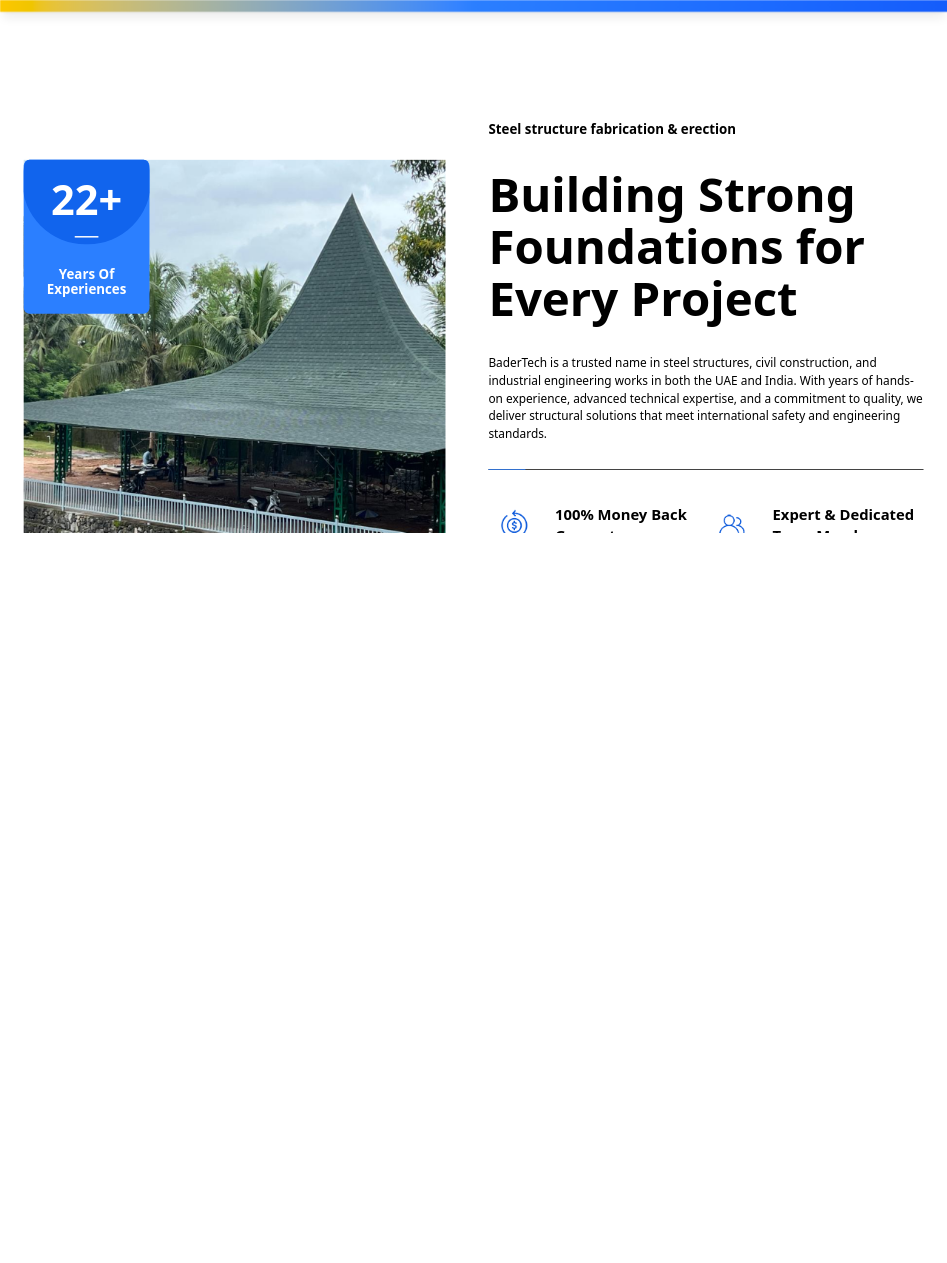
Repository: codenikin/uniquebader
Page: /awards
The author's editor kept a copy of each file at every save. The page is drawn from the files as they stood at one save, then again after the next save.
The browser window is 1280 px wide. The pictures show the whole page, at 74% of full size.
The project was rebuilt for these pictures with package versions that can differ from the ones it lists, and the page was loaded fresh each time. The framework's server and built-in components were replaced by stand-ins that run in the browser. Also part of the build but not shown: next.config.mjs.

Above is the page before, as saved 2025-11-30 12:52:07.

### src/app/(frontend)/layout.tsx
import React from 'react'
// @ts-ignore: allow side-effect CSS import without type declarations
import './styles.css'
import { Providers } from '@/providers'
import { HeaderClient } from '../Header/component'

export const metadata = {
  description: 'A blank template using Payload in a Next.js app.',
  title: 'Payload Blank Template',
}

export default async function RootLayout(props: { children: React.ReactNode }) {
  const { children } = props

  return (
    <html lang="en">
      <body>
        <HeaderClient />
        <div id="smooth-wrapper">
          <div id="smooth-content">
            <Providers>{children}</Providers>
          </div>
        </div>
      </body>
    </html>
  )
}

### src/app/(frontend)/awards/page.tsx
import { Certificate } from '@/components/Certificate'
import Certificates from '@/components/CertificateZoom'
import FeatureSection from '@/components/FeatureSection'
export const dynamic = 'force-dynamic'
export default async function AwardPage() {
  return (
    <>
      <FeatureSection />
      <Certificate />
    </>
  )
}

### src/app/(frontend)/styles.css
@import 'tailwindcss';

.codenik {
  padding: 20px;
  position: relative;
  min-height: 100vh;
}
.unique {
  padding: 20px;
  position: relative;
  min-height: 100vh;
}
html,
body,
#app {
  height: 100%;
}

img {
  max-width: 100%;
  height: auto;
  display: block;
}

h1 {
  margin: 40px 0;
  font-size: 64px;
  line-height: 70px;
  font-weight: bold;

  @media (max-width: 1024px) {
    margin: 24px 0;
    font-size: 42px;
    line-height: 42px;
  }

  @media (max-width: 768px) {
    font-size: 38px;
    line-height: 38px;
  }

  @media (max-width: 400px) {
    font-size: 32px;
    line-height: 32px;
  }
}

p {
  margin: 24px 0;

  @media (max-width: 1024px) {
    margin: calc(var(--base) * 0.75) 0;
  }
}

a {
  color: currentColor;

  &:focus {
    opacity: 0.8;
    outline: none;
  }

  &:active {
    opacity: 0.7;
    outline: none;
  }
}

svg {
  vertical-align: middle;
}

.home {
  display: flex;
  flex-direction: column;
  justify-content: space-between;
  align-items: center;
  height: 100vh;
  padding: 45px;
  max-width: 1024px;
  margin: 0 auto;
  overflow: hidden;

  @media (max-width: 400px) {
    padding: 24px;
  }

  .content {
    display: flex;
    flex-direction: column;
    align-items: center;
    justify-content: center;
    flex-grow: 1;

    h1 {
      text-align: center;
    }
  }

  .links {
    display: flex;
    align-items: center;
    gap: 12px;

    a {
      text-decoration: none;
      padding: 0.25rem 0.5rem;
      border-radius: 4px;
    }

    .admin {
      color: rgb(0, 0, 0);
      background: rgb(1000, 1000, 1000);
      border: 1px solid rgb(0, 0, 0);
    }

    .docs {
      color: rgb(1000, 1000, 1000);
      background: rgb(0, 0, 0);
      border: 1px solid rgb(1000, 1000, 1000);
    }
  }

  .footer {
    display: flex;
    align-items: center;
    gap: 8px;

    @media (max-width: 1024px) {
      flex-direction: column;
      gap: 6px;
    }

    p {
      margin: 0;
    }

    .codeLink {
      text-decoration: none;
      padding: 0 0.5rem;
      background: rgb(60, 60, 60);
      border-radius: 4px;
    }
  }
}

### src/providers/index.tsx
import React from 'react'
import { ThemeLayoutAnimation } from './ThemeLayoutAnimation'

export const Providers: React.FC<{
  children: React.ReactNode
}> = ({ children }) => {
  return <ThemeLayoutAnimation>{children}</ThemeLayoutAnimation>
}

### src/app/Header/component.tsx
'use client'

export const HeaderClient: React.FC = () => {
  return (
    <header className="fixed top-0 left-0 right-0 w-full z-50 bg-white dark:bg-gray-900 shadow-lg transition-transform duration-300">
      <div className="w-full bg-linear-to-r from-yellow-400 via-blue-500 to-blue-600 text-white py-2">
        <div className="max-w-7xl mx-auto px-4 sm:px-6 lg:px-8 flex justify-end items-center space-x-4"></div>
      </div>
    </header>
  )
}

### src/components/Certificate.tsx
'use client'
import { useState } from 'react'

const certificate = [
  {
    title: 'Transportation',
    description:
      'Our transportation solutions help cities and companies improve safety, reduce congestion, and provide better services to their customers.',
    image: '/certificate/4-1.jpg',
    link: '/transportation',
  },
  {
    title: 'Critical Infrastructure',
    description:
      'Our solutions help protect critical infrastructure from cyber attacks and other threats, ensuring that essential services are always available.',
    image: '/certificate/5-1.jpg',
    link: '/Critical-Infrastructure/critical-infrastructure',
  },
  {
    title: 'Traffic',
    description:
      'Our traffic management solutions help reduce congestion, improve safety, and make transportation more efficient for everyone.',
    image: '/certificate/6.jpg',
    link: '/Traffic/traffic',
  },
]

export const Certificate: React.FC = (props) => {
  const [zoomedImage, setZoomedImage] = useState<string | null>(null)

  return (
    <section className="py-2 px-4 bg-white mt-32">
      <div className="max-w-7xl mx-auto">
        <h2 className="text-5xl font-anton text-center text-gray-900 mb-16 animate-fade-in relative">
          Our Certificates
          <span className="block w-24 h-1 bg-linear-to-r from-purple-500 to-pink-500 mx-auto mt-4"></span>
        </h2>

        <div className="grid grid-cols-1 md:grid-cols-2 lg:grid-cols-3 gap-10 mt-32 mb-32">
          {certificate.map((solution, index) => (
            <div
              key={index}
              className="group relative overflow-hidden rounded-xl shadow-2xl transform transition-all duration-500 hover:scale-105 hover:shadow-purple-500/25 cursor-pointer"
              onClick={() => setZoomedImage(solution.image)}
            >
              <div className="relative h-[600px] sm:h-[450px] w-full  rounded-b-2xl">
                <img
                  src={solution.image}
                  alt={solution.title}
                  className="w-full h-full object-contain transition-transform duration-700 group-hover:scale-102"
                />
                <div className="absolute inset-0 bg-blue-500 transparent opacity-5 group-hover:opacity-50 transition-opacity duration-500"></div>
              </div>
            </div>
          ))}
        </div>
      </div>

      {/* Zoom Modal */}
      {zoomedImage && (
        <div
          className="fixed inset-0 bg-black bg-opacity-75 flex items-center justify-center z-50 p-4"
          onClick={() => setZoomedImage(null)}
        >
          <div className="relative max-w-4xl max-h-[90vh] flex items-center justify-center">
            <img
              src={zoomedImage}
              alt="Zoomed certificate"
              className="max-w-full max-h-screen object-contain"
              onClick={(e) => e.stopPropagation()}
            />
            <button
              onClick={() => setZoomedImage(null)}
              className="absolute top-4 right-4 bg-white text-black rounded-full w-10 h-10 flex items-center justify-center text-2xl hover:bg-gray-200 transition"
            >
              ✕
            </button>
          </div>
        </div>
      )}
    </section>
  )
}

### src/components/FeatureSection.tsx
'use client'
import Link from 'next/link'
import aboutIcon from '/images/about-icon1.png'
import aboutIcon2 from '/images/about-icon2.png'
import aboutIcon3 from '/images/about-icon3.png'
import aboutIcon4 from '/images/about-icon4.png'
import aboutShape from '/images/about-shape.png'
import aboutShape2 from '/images/about-shape2.png'

import CountUp from 'react-countup'
import { GoArrowRight } from 'react-icons/go'

const FeatureSection = () => {
  return (
    <section className="mt-32 bg-BodyBg-0 bg-no-repeat bg-center bg-cover relative p-8">
      <div className="Container max-w-7xl mx-auto">
        <div className="grid grid-cols-1 lg:grid-cols-2 gap-10 md:gap-[92px] lg:gap-10 2xl:gap-[92px] items-center">
          <div className="relative z-10">
            <img src="/bader.png" draggable="false" />
            <div className="absolute top-0 left-0">
              <div className="bg-blue-500 pb-6 pt-5 flex flex-col justify-between overflow-hidden rounded-lg h-[117px] sm:h-[208px] lg:h-[180px] xl:h-[208px] w-[92px] sm:w-[170px] lg:w-[140px] xl:w-[170px] items-center text-center relative z-10 before:absolute before:top-1/2 before:-translate-y-1/2 before:left-1/2 before:-translate-x-1/2 before:w-0 sm:before:w-8 before:h-[2px] before:bg-white after:absolute after:-top-14 after:-left-[2px] after:w-0 sm:after:w-[174px] after:h-[170px] after:bg-[#1164ED] after:-z-10 after:rounded-full">
                <CountUp
                  start={-9}
                  end={22}
                  suffix="+"
                  className="text-3xl sm:text-[56px] font-Rajdhani font-bold text-white"
                />
                <h6 className="font-Rajdhani text-sm leading-4 sm:text-lg sm:leading-5 font-semibold text-white">
                  Years Of <br /> Experiences
                </h6>
              </div>
            </div>
            <img
              src="/about-shape.png"
              draggable="false"
              className="absolute bottom-6 right-10 -z-10 animate-movebtn hidden sm:block"
            />
          </div>
          <div className="relative">
            <h5 className="font-Rajdhani text-lg font-semibold text-PrimaryColor-0">
              Steel structure fabrication & erection
            </h5>
            <h1 className="font-Rajdhani font-bold text-xl leading-7 sm:text-[34px] sm:leading-[44px] md:text-[44px] md:leading-[54px] lg:text-[30px] lg:leading-[40px] xl:text-[36px] xl:leading-[46px] 2xl:text-[42px] 2xl:leading-[52px] text-HeadingColor-0 mt-[18px] mb-3">
              Building Strong <br />
              Foundations for Every Project
            </h1>
            <p className="font-Nunito text-TextColor2-0 pb-9 border-b border-BorderColor2-0 relative before:absolute before:left-0 before:-bottom-px before:w-[50px] before:h-px before:bg-blue-500 animate-dance4">
              BaderTech is a trusted name in steel structures, civil construction, and industrial
              engineering works in both the UAE and India. With years of hands-on experience,
              advanced technical expertise, and a commitment to quality, we deliver structural
              solutions that meet international safety and engineering standards.
            </p>
            <div className="grid grid-cols-1 sm:grid-cols-2 gap-y-[30px] my-10">
              <div className="flex gap-5 items-center">
                <div className="w-[70px] h-[70px] rounded bg-white flex justify-center items-center">
                  <img src="/about-icon1.png" draggable="false" />
                </div>
                <div className="flex-1">
                  <h5 className="font-Rajdhani font-semibold text-[22px] lg:text-base xl:text-xl 2xl:text-[22px] text-HeadingColor-0">
                    100% Money Back Gaurentee
                  </h5>
                </div>
              </div>
              <div className="flex gap-5 items-center">
                <div className="w-[70px] h-[70px] rounded bg-white flex justify-center items-center">
                  <img src="about-icon2.png" draggable="false" />
                </div>
                <div className="flex-1">
                  <h5 className="font-Rajdhani font-semibold text-[22px] lg:text-base xl:text-xl 2xl:text-[22px] text-HeadingColor-0">
                    Expert & Dedicated Team Members
                  </h5>
                </div>
              </div>
              <div className="flex gap-5 items-center">
                <div className="w-[70px] h-[70px] rounded bg-white flex justify-center items-center">
                  <img src="about-icon3.png" draggable="false" />
                </div>
                <div className="flex-1">
                  <h5 className="font-Rajdhani font-semibold text-[22px] lg:text-base xl:text-xl 2xl:text-[22px] text-HeadingColor-0">
                    24/7 Free Tehcnical Supports
                  </h5>
                </div>
              </div>
              <div className="flex gap-5 items-center">
                <div className="w-[70px] h-[70px] rounded bg-white flex justify-center items-center">
                  <img src="about-icon4.png" draggable="false" />
                </div>
                <div className="flex-1">
                  <h5 className="font-Rajdhani font-semibold text-[22px] lg:text-base xl:text-xl 2xl:text-[22px] text-HeadingColor-0">
                    100% Customers Satisfaction
                  </h5>
                </div>
              </div>
            </div>
            {/* <Link href={'/about'}>
              <button className="primary-btn">
                {`Discover More`}
                <GoArrowRight size={'22'} />
              </button>
            </Link>
            <img
              src="/about-shape2.png"
              draggable="false"
              className="absolute bottom-0 left-1/2 animate-swing hidden sm:block"
            /> */}
          </div>
        </div>
      </div>
    </section>
  )
}

export default FeatureSection

### src/providers/ThemeLayoutAnimation/index.tsx
'use client'
import { useEffect, useState, createContext } from 'react'
import { usePathname } from 'next/navigation'
import { ScrollAnimation } from '@/common/scrollAnimation'
import type { ThemeLayoutAnimationContextType } from './types'

const initialContext: ThemeLayoutAnimationContextType = {
  setSettings: () => null,
  settings: undefined,
}

const BasicContext = createContext(initialContext)
export const ThemeLayoutAnimation = ({ children }: { children: React.ReactNode }) => {
  const router = usePathname()
  const [settings, setSettings] = useState(null)

  useEffect(() => {
    const timeout = setTimeout(() => {
      ScrollAnimation()
    }, 100)

    return () => clearTimeout(timeout)
  }, [])

  useEffect(() => {
    ScrollAnimation()
  }, [router])

  return (
    <>
      <BasicContext value={{ setSettings, settings }}>{children}</BasicContext>
    </>
  )
}

### src/common/scrollAnimation.js
import { gsap } from 'gsap'
import ScrollTrigger from 'gsap/ScrollTrigger'
import ScrollSmoother from 'gsap/ScrollSmoother'
import ScrollToPlugin from 'gsap/ScrollToPlugin'

export const ScrollAnimation = () => {
  gsap.registerPlugin(ScrollTrigger, ScrollSmoother, ScrollToPlugin)

  ScrollSmoother.create({
    smooth: 1,
    effects: true,
    smoothTouch: 0.1,
  })

  const codenikSection = document.querySelector('.codenik')
  if (codenikSection) {
    let animatedBg = document.getElementById('codenik-animated-bg')
    if (!animatedBg) {
      animatedBg = document.createElement('div')
      animatedBg.id = 'codenik-animated-bg'
      animatedBg.style.cssText = `
      position: absolute;
      top: 0;
      left: 0;
      width: 100%;
      height: 100%;
      background: linear-gradient(45deg,rgba(21, 19, 19, 255) 0%,rgba(21, 19, 19, 255) 100%);
      z-index: -1;
      clip-path: polygon(100% 0%, 100% 0%, 100% 100%, 150% 100%);
    `
      codenikSection.appendChild(animatedBg)
    }

    // Setup container
    codenikSection.style.position = 'relative'
    codenikSection.style.minHeight = '100vh'
    codenikSection.style.backgroundColor = 'transparent'

    // Select all text elements
    const textElements = codenikSection.querySelectorAll('h1, h2, h3, h4, h5, h6, p, span, a, div')

    // Add transition to text elements
    textElements.forEach((el) => {
      if (el instanceof HTMLElement) {
        el.style.transition = 'color 0.2s ease'
        el.style.color = '#191717ff' // Initial color
      }
    })

    gsap.registerPlugin(ScrollTrigger)

    const tl = gsap.timeline({
      scrollTrigger: {
        trigger: codenikSection,
        start: 'top center',
        end: 'top top',
        scrub: 1,
        markers: false,
        onUpdate: (self) => {
          // Get the current position of the dark background
          const bgRect = animatedBg.getBoundingClientRect()
          const bgLeftEdge = bgRect.left

          // Check each text element against the background position
          textElements.forEach((el) => {
            if (el instanceof HTMLElement) {
              const elementRect = el.getBoundingClientRect()
              const elementCenter = elementRect.left + elementRect.width / 2

              // If background has passed over this element
              if (elementCenter > bgLeftEdge) {
                gsap.to(el, {
                  color: '#000000',
                  duration: 0.2,
                })
              } else {
                gsap.to(el, {
                  color: '#000000',
                  duration: 0.2,
                })
              }
            }
          })
        },
      },
    })
    tl.to('#codenik-animated-bg', {
      clipPath: 'polygon(-100% 0%, 100% 0%, 100% 100%, -25% 100%)',
      duration: 1,
      ease: 'none',
    })
  }
  const aboutSection = document.querySelector('.unique')
  if (aboutSection) {
    // Set initial styles
    aboutSection.style.position = 'relative'
    aboutSection.style.minHeight = '100vh'
    aboutSection.style.background = 'linear-gradient(45deg,rgb(21, 19, 19) 0%,rgb(20, 26, 20) 100%)'

    const textElements = aboutSection.querySelectorAll(
      'p, h2,h3, .unique-text, .unique-text-sm, .unique-text-md, a',
    )

    // Set initial text color to white
    textElements.forEach((el) => {
      el.style.color = '#000000'
      if (el.tagName.toLowerCase() === 'a') {
        el.style.transition = 'color 0.3s ease'
      }
    })

    // Create timeline for scroll-based animation
    const tl = gsap.timeline({
      scrollTrigger: {
        trigger: aboutSection,
        start: 'top center', // Start when top of section hits center
        end: 'center center', // End when center of section hits center
        scrub: 1,
        markers: false,
        toggleActions: 'play none none reverse',
        onUpdate: (self) => {
          const progress = self.progress
          const textColor = progress >= 0.5 ? '#000000' : '#ffffff'
          textElements.forEach((el) => {
            gsap.to(el, {
              color: textColor,
              duration: 0.1,
            })
          })
        },
      },
    })

    // Single color transition at 50% scroll
    tl.to('.unique', {
      background: '#ffffff',
      duration: 1,
      ease: 'power2.inOut',
    })
  }
}

After the next save:
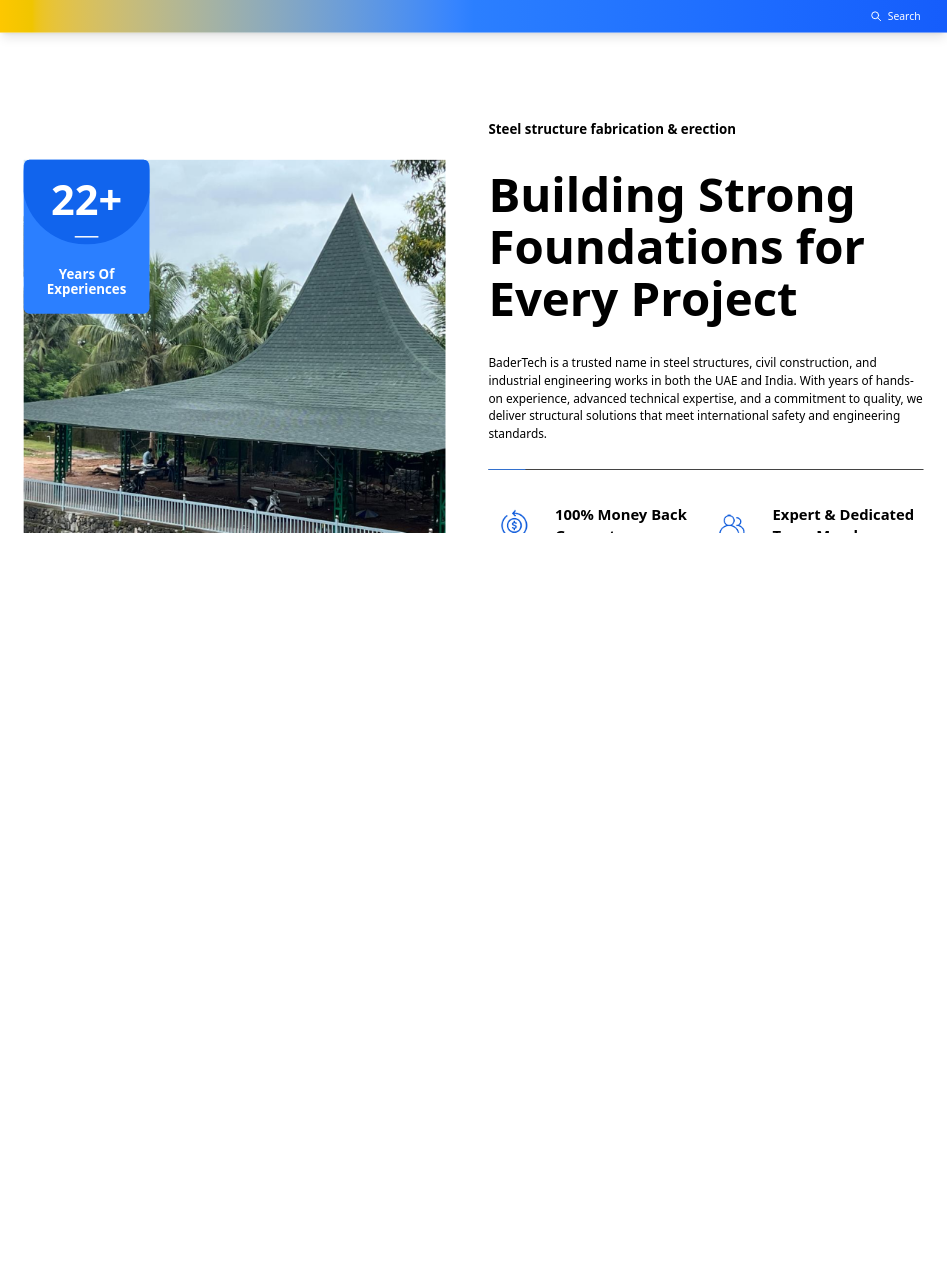
Saved 87 s later.
--- a/src/app/Header/component.tsx
+++ b/src/app/Header/component.tsx
@@ -4,7 +4,22 @@
   return (
     <header className="fixed top-0 left-0 right-0 w-full z-50 bg-white dark:bg-gray-900 shadow-lg transition-transform duration-300">
       <div className="w-full bg-linear-to-r from-yellow-400 via-blue-500 to-blue-600 text-white py-2">
-        <div className="max-w-7xl mx-auto px-4 sm:px-6 lg:px-8 flex justify-end items-center space-x-4"></div>
+        <div className="max-w-7xl mx-auto px-4 sm:px-6 lg:px-8 flex justify-end items-center space-x-4">
+          <button
+            id="search-trigger"
+            class="p-1 hover:text-gray-200 transition-colors flex items-center space-x-2"
+          >
+            <svg className="w-4 h-4" fill="none" stroke="currentColor" viewBox="0 0 24 24">
+              <path
+                stroke-linecap="round"
+                stroke-linejoin="round"
+                stroke-width="2"
+                d="M21 21l-6-6m2-5a7 7 0 11-14 0 7 7 0 0114 0z"
+              />
+            </svg>
+            <span className="text-sm">Search</span>
+          </button>
+        </div>
       </div>
     </header>
   )
